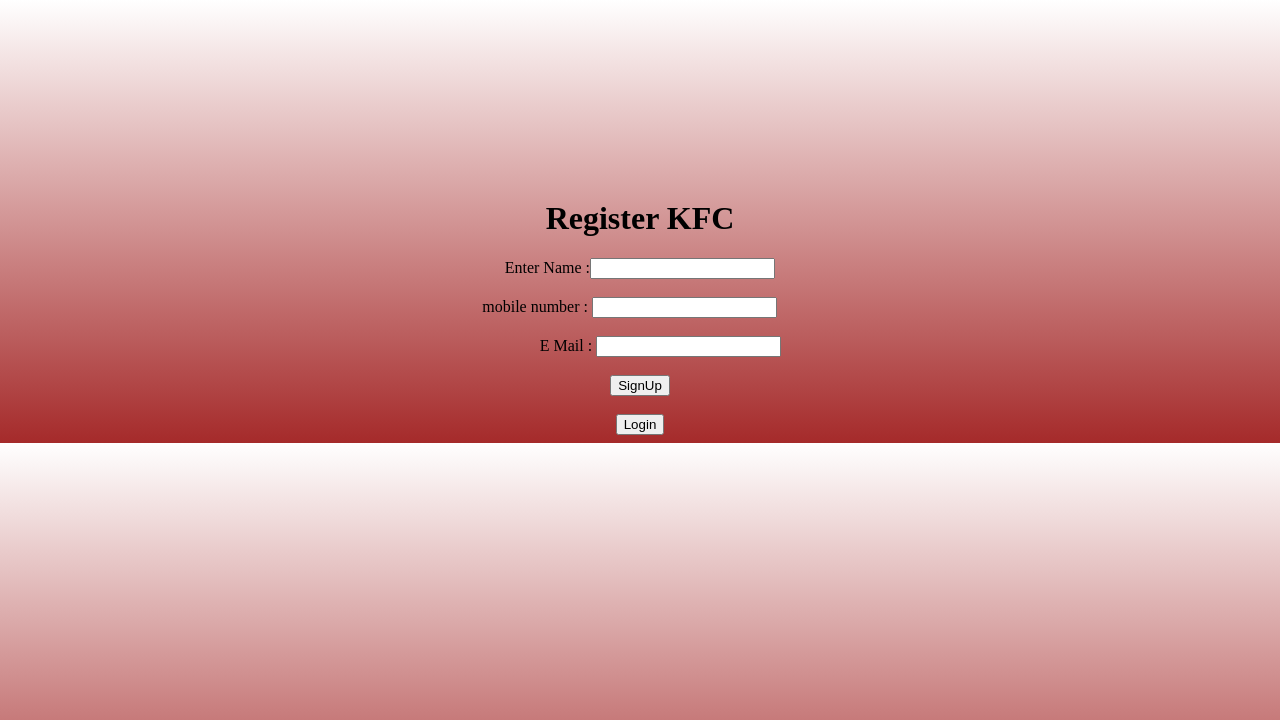
Repository: selvakumar46/Project-Maven
Page: http://localhost/ProjectKFC/Register.jsp
The author's editor kept a copy of each file at every save. The page is drawn from the files as they stood at one save, then again after the next save.
The browser window is 1280 px wide. The pictures show the whole page.
The page is served by Tomcat 9. Nobody is signed in. The application's start-up code is not run.

Above is the page before, as saved 2022-01-10 06:53:19.

After the next save:
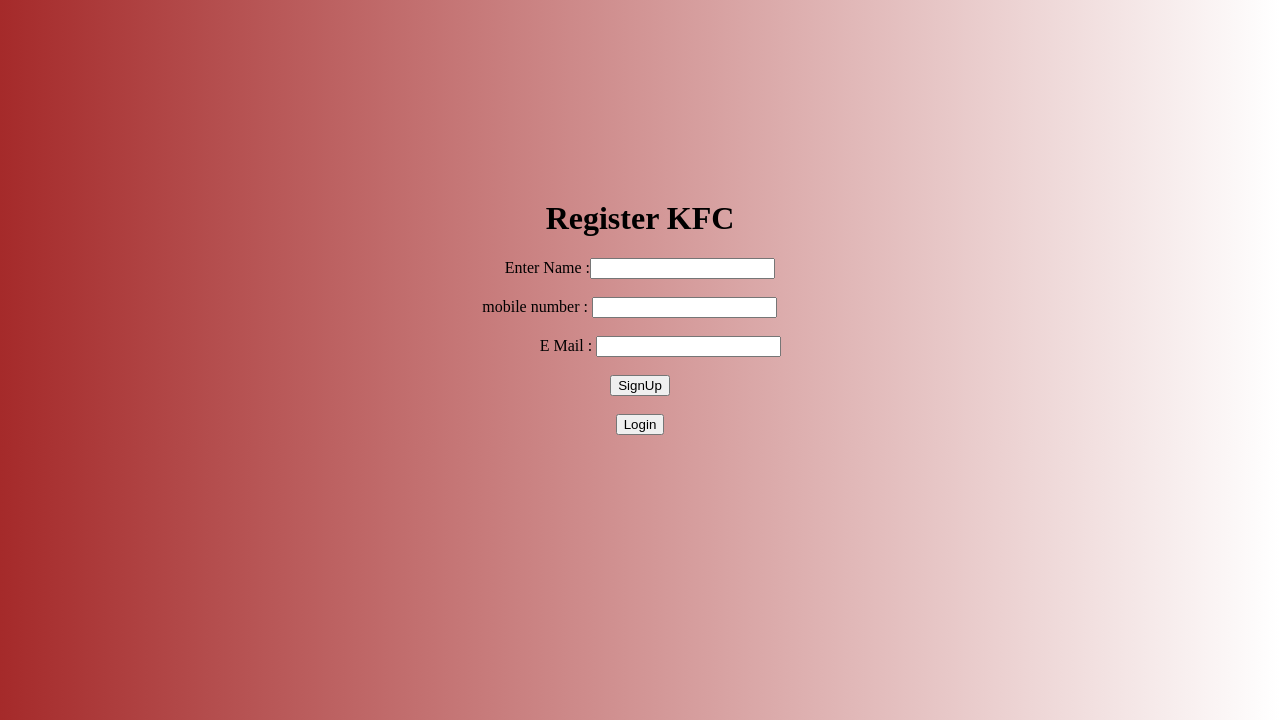
Saved 30 min 25 s later.
--- a/ProjectKFC/src/main/webapp/Register.jsp
+++ b/ProjectKFC/src/main/webapp/Register.jsp
@@ -9,7 +9,7 @@
 <title>Register Kfc</title>
 <style>
 body {
-	background:linear-gradient(to top,brown,white);
+	background:linear-gradient(to right,brown,white);
 }
 .container{
 	margin-top:200px;
